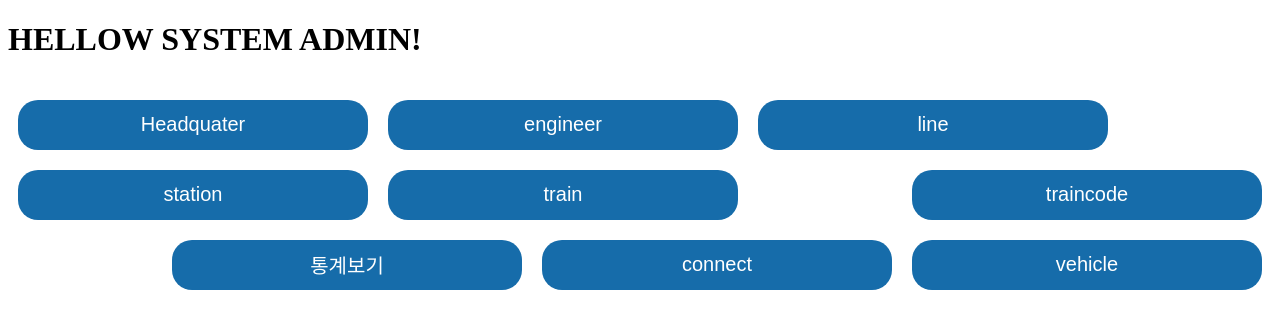
Repository: CISXO/JSP
Page: http://localhost/DB_Project/Sys_admin.jsp
An editor plug-in stored every save of this project. The page is shown before and after the next save, followed by the edit.
The browser window is 1280 px wide. The pictures show the whole page.
The page is served by Tomcat 9.

Above is the page before, as saved 2022-12-21 09:59:37.

### DbProject/DB_Project/src/main/webapp/Sys_admin.jsp
<%@ page language="java" contentType="text/html; charset=EUC-KR"
    pageEncoding="EUC-KR"%>
<!DOCTYPE html>
<html>
<head>
<meta charset="EUC-KR">
<title>Insert title here</title>
<style type="text/css">
.loginButtonL{
float:left;
}

.loginButtonR{
float:right;

}
#loginButton{
width: 350px;
    height: 50px;
    margin: 0px 10px;
    color: #fff;
    background: #166caa;
    border: none;
    border-radius: 20px;
    font-size: 20px;
    cursor: pointer;
    margin-top:20px;
}


</style>
</head>
<body>
<h1>HELLOW SYSTEM ADMIN!</h1>

            <div class="loginButtonL">
                <a href="DB/Headquarter.jsp"><button id="loginButton" type="button">Headquater</button></a>
            </div>
            <div class="loginButtonL">
                <a href="DB/Engineer.jsp"><button id="loginButton" type="button">engineer</button></a>
            </div>
            <div class="loginButtonL">
                <a href="DB/line.jsp"><button id="loginButton" type="button">line</button></a>
            </div>
            <div class="loginButtonL">
                <a href="DB/station.jsp"><button id="loginButton" type="button">station</button></a>
            </div>
            <div class="loginButtonL">
                <a href="DB/train.jsp"><button id="loginButton" type="button">train</button></a>
            </div>
            <div class="loginButtonR">
                <a href="DB/traincode.jsp"><button id="loginButton" type="button">traincode</button></a>
            </div>
            <div class="loginButtonR">
                <a href="DB/vehicle.jsp"><button id="loginButton" type="button">vehicle</button></a>
            </div>
            <div class="loginButtonR">
                <a href="DB/connect.jsp"><button id="loginButton" type="button">connect</button></a>
            </div>
            <div class="loginButtonR">
                <a href="db_stats.jsp"><button id="loginButton" type="button">통계보기</button></a>
            </div>

</body>
</html>

After the next save:
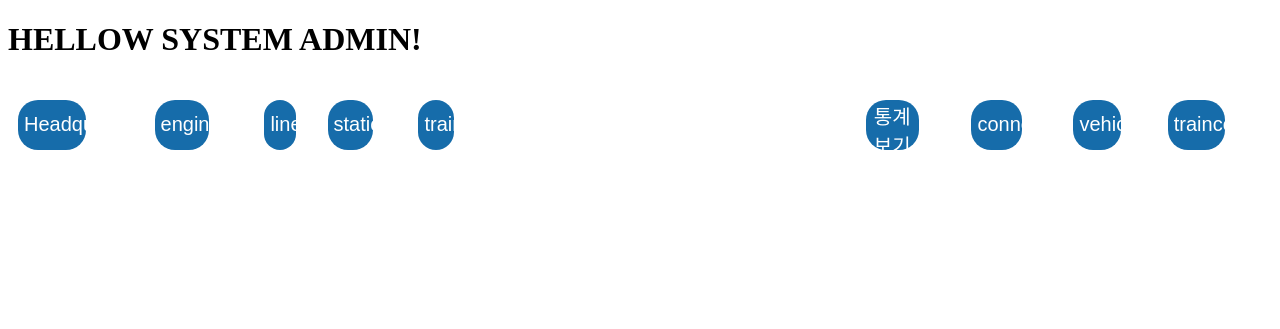
Saved 17 s later.
--- a/DbProject/DB_Project/src/main/webapp/Sys_admin.jsp
+++ b/DbProject/DB_Project/src/main/webapp/Sys_admin.jsp
@@ -15,7 +15,7 @@
 
 }
 #loginButton{
-width: 350px;
+width: 50%;
     height: 50px;
     margin: 0px 10px;
     color: #fff;

After the save that followed:
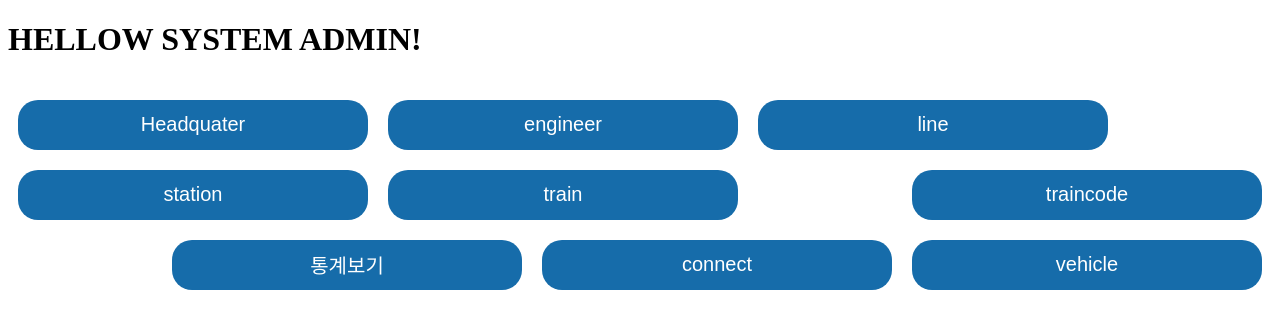
Saved 11 s later.
--- a/DbProject/DB_Project/src/main/webapp/Sys_admin.jsp
+++ b/DbProject/DB_Project/src/main/webapp/Sys_admin.jsp
@@ -15,7 +15,7 @@
 
 }
 #loginButton{
-width: 50%;
+width: 350px;
     height: 50px;
     margin: 0px 10px;
     color: #fff;
